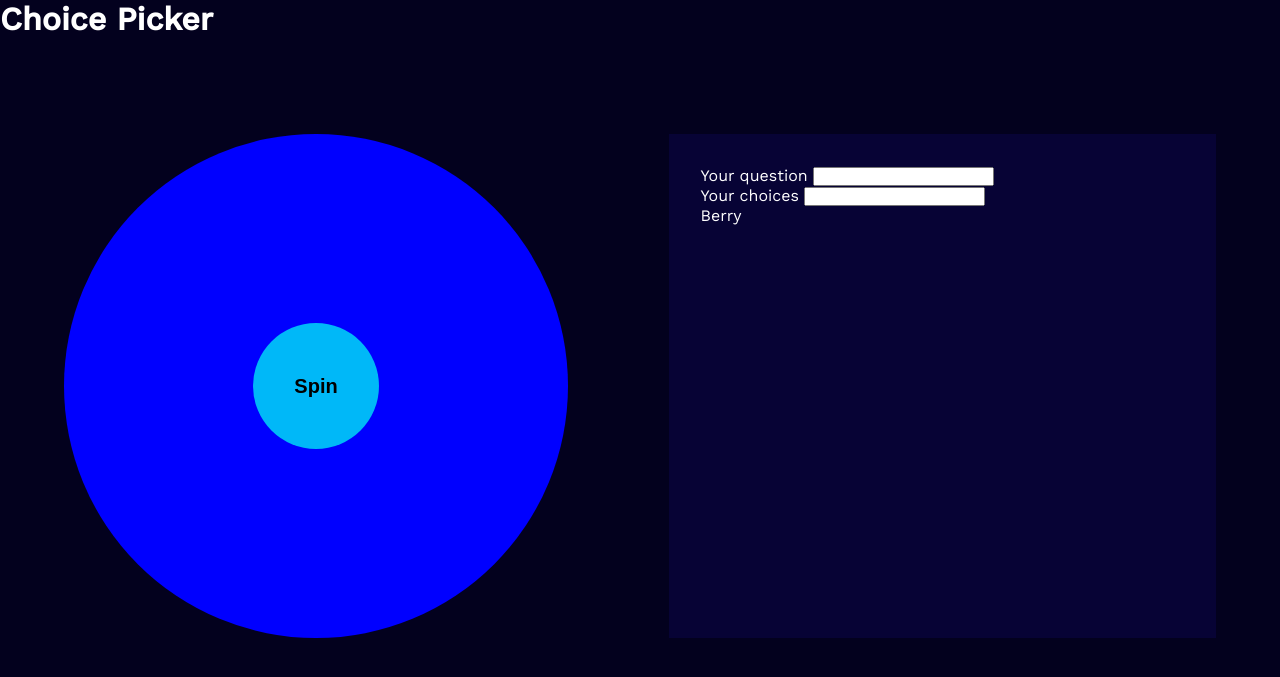
Repository: emiliaiwu/choice_wheel_spinner
Page: index.html
An editor plug-in stored every save of this project. The page is shown before and after a run of saves, followed by the edit.
The browser window is 1280 px wide. The pictures show the whole page.

Above is the page before, as saved 2023-01-09 23:53:11.

### index.html
<!DOCTYPE html>
<html lang="en">
<head>
    <meta charset="UTF-8">
    <meta http-equiv="X-UA-Compatible" content="IE=edge">
    <meta name="viewport" content="width=device-width, initial-scale=1.0">
    <link rel="stylesheet" href="style.css">
    <title>Choice Picker</title>
</head>
<body>
    <header>
        <h1>Choice Picker</h1>
    </header>
    <div class="container">
        <div class="choice_picker_container">
            <div class="choice_picker">
                <div class="circle">
                    <button class="spin">
                        <h2>Spin</h2>
                    </button>
                </div>
            </div>
            <div class="choice_details">
                <div class="question">
                    <label for="question">Your question</label>
                    <input type="text" name="question" id="question">
                </div>
                <div class="make_choices">
                    <label for="choices">Your choices</label>
                    <input type="text" name="choices" id="choices">
                </div>
                <div class="listed_choices">
                    <span class="choice">Berry</span>
                </div>
            </div>
        </div>
        <div class="picked_choice">

        </div>
    </div>
</body>
</html>

### style.css
@import url('https://fonts.googleapis.com/css2?family=Work+Sans:ital,wght@0,400;0,500;1,700&display=swap');

* {
    padding: 0;
    margin: 0;
    box-sizing: border-box;
}


body {
    background-color: rgb(3, 1, 30);
    font-family: 'Work Sans', sans-serif;
    max-width: 100vw;
    min-height: 100vh;
    color: #ffffff;

}

header {
    height: 70px;
    width: 100%;
    background-colo;
}


.spin {
    display: flex;
    align-items: center;
    justify-content: center;

}

.container {
    padding: 5%;
}

.container,
.choice_picker {
    width: 100%;
    height: 100%;
}

.choice_picker_container {
    display: flex;
    align-items: flex-start;
    justify-content: space-between;
    gap: 2rem;
}

.circle {
    width: 70vmin;
    height: 70vmin;
    background-color: blue;
    border-radius: 50%;
    position: relative;
}

.spin {
    width: 25%;
    height: 25%;
    background-color: rgba(0, 246,246,0.75);
    position: absolute;
    border-radius: 50%;
    top: 50%;
    left: 50%;
    transform: translate(-50%, -50%);
    outline: none;
    border: none;
}


.choice_details {
    padding: 2rem;
    height: 70vmin;
    width: 90%;
    background-color: rgb(7, 3, 53);

}

After the next 3 saves:
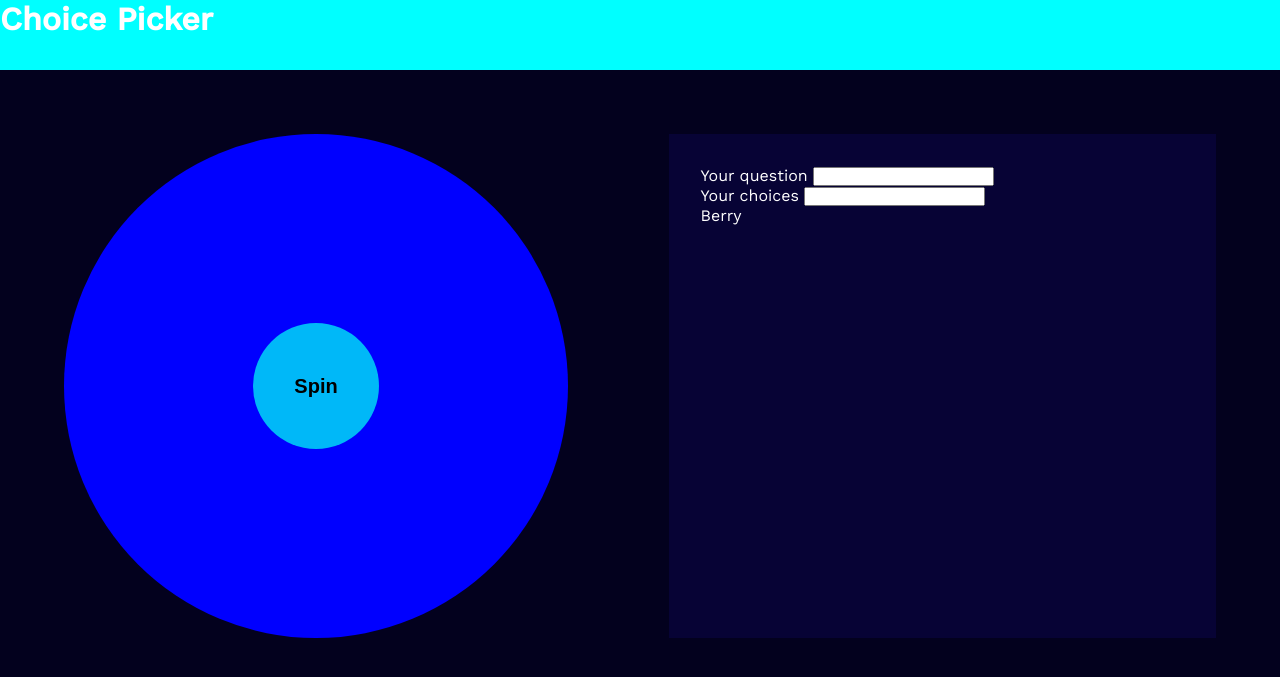
The 3 saves are shown as one change because they came seconds apart.
The last was saved 8 s later.
--- a/style.css
+++ b/style.css
@@ -19,7 +19,7 @@ body {
 header {
     height: 70px;
     width: 100%;
-    background-colo;
+    background-color:aqua;
 }
 
 
